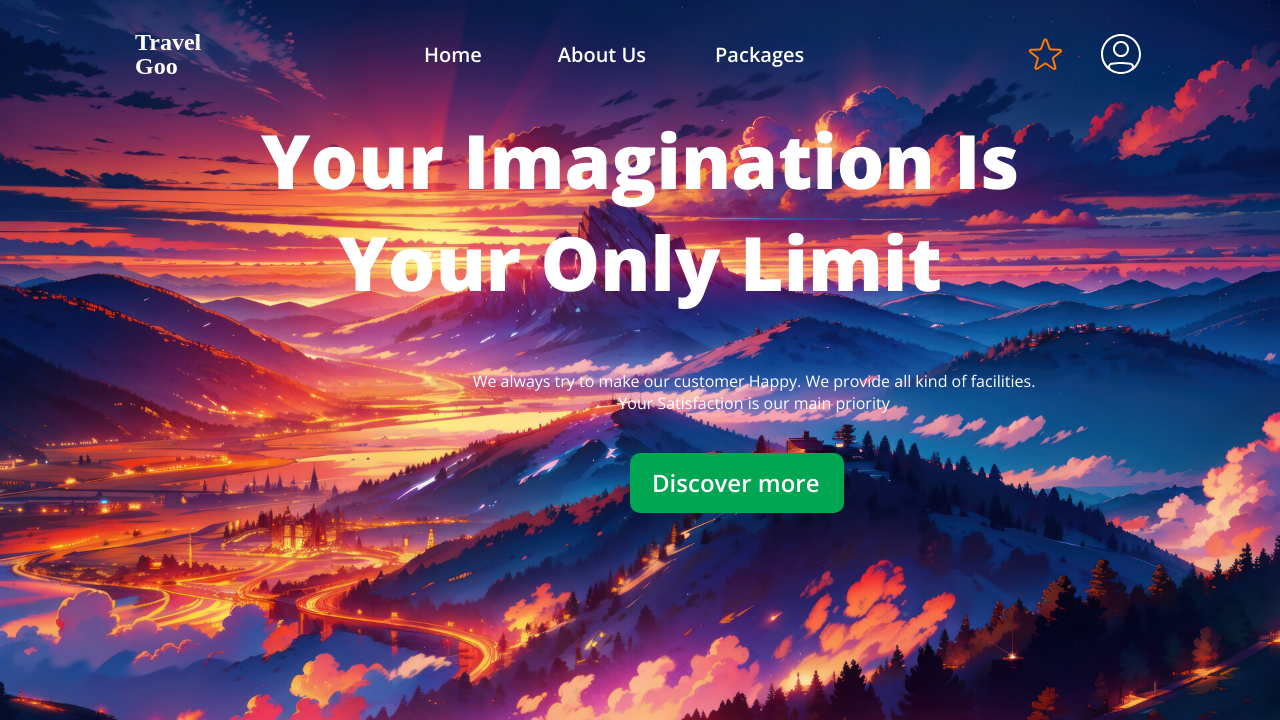
Repository: HeybetzadeQedim/task-3
Page: index.html
The author's editor kept a copy of each file at every save. The page is drawn from the files as they stood at one save, then again after the next save.
The browser window is 1280 px wide. The pictures show the whole page.
Some web fonts or font styles are not loaded; a fallback is used.

Above is the page before, as saved 2023-10-07 13:47:53.

### index.html
<!DOCTYPE html>
<html lang="en">
<head>
    <meta charset="UTF-8">
    <meta name="viewport" content="width=device-width, initial-scale=1.0">
    <title>Document</title>
    <link rel="stylesheet" href="./index.css"
</head>
<body>
    <div class="box-container">
        <nav>
            <p class="text-1">Travel<br> Goo</p>
            <ul>
                <li>Home</li>
                <li>About Us</li>
                <li>Packages</li>
            </ul>
            <div class="image-container">
                <img src="./images/clarity_favorite-line.svg">
                <img src="./images/healthicons_ui-user-profile-outline.svg">
            </div>
        </nav>
    <main>
        <h1>Your Imagination Is Your Only Limit</h1>
        <p class="text-2">We always try to make our customer Happy. We provide all kind of facilities. Your Satisfaction is our main priority</p>
        <p class="text-3">Discover more</p>
    </main>

    </div>


</body>
</html>

### index.css
@import url("https://fonts.googleapis.com/css2?family=Laila:wght@700&family=Open+Sans:wght@400;600;700;800&display=swap");
* {
  margin: 0;
  padding: 0;
  box-sizing: border-box;
}
.box-container {
  background-image: url(./images/sunset-mountain-landscape-scenery-ai-art-hd-wallpaper-uhdpaper.com-744@1@l.jpg);
  min-height: 100vh;
  background-size: 100% 100%;
}
nav {
  padding: 30px 135px;
  display: flex;
  justify-content: space-between;
  align-items: center;
}
.text-1 {
  color: #fff;
  /* margin-top: 32px;
  margin-left: 136px; */
  font-family: Laila;
  font-size: 24px;
  font-style: normal;
  font-weight: 700;
  line-height: 102.5%;
}
ul {
  display: flex;
  align-items: center;
  /* margin-left: 370px; */
  /* margin-top: 36px; */
}
ul li:nth-child(2) {
  margin-left: 76px;
  margin-right: 69px;
}
li {
  color: #fff;
  font-family: Open Sans;
  font-size: 20px;
  font-style: normal;
  font-weight: 600;
  line-height: normal;
  list-style-type: none;
}

.image-container {
  /* margin-left: 411px; */
  display: flex;
  align-items: center;
}
.image-container img:first-child {
  /* margin-top: 54px; */
  margin-right: 34px;
  width: 36px;
  height: 36px;
}
.image-container img:last-child {
  /* margin-top: 48px; */
  width: 48px;
  height: 48px;
}
h1 {
  color: #fff;
  /* margin-left: 360px; */
  margin-top: 160px;
  width: 779px;
  margin: auto;
  text-align: center;
  font-family: Open Sans;
  font-size: 75px;
  font-style: normal;
  font-weight: 800;
  line-height: normal;
}
.text-2 {
  color: #fff;
  margin-top: 57px;
  margin-left: 470px;
  width: 568px;
  text-align: center;
  font-family: Open Sans;
  font-size: 16px;
  font-style: normal;
  font-weight: 400;
  line-height: normal;
}
.text-3 {
  color: #fff;
  margin-left: 630px;
  margin-top: 39px;
  border-radius: 10px;
  background-color: #00a651;
  display: inline-block;
  padding: 13px 24px 14px 22px;
  text-align: center;
  font-family: Open Sans;
  font-size: 24px;
  font-style: normal;
  font-weight: 600;
  line-height: normal;
}

After the next save:
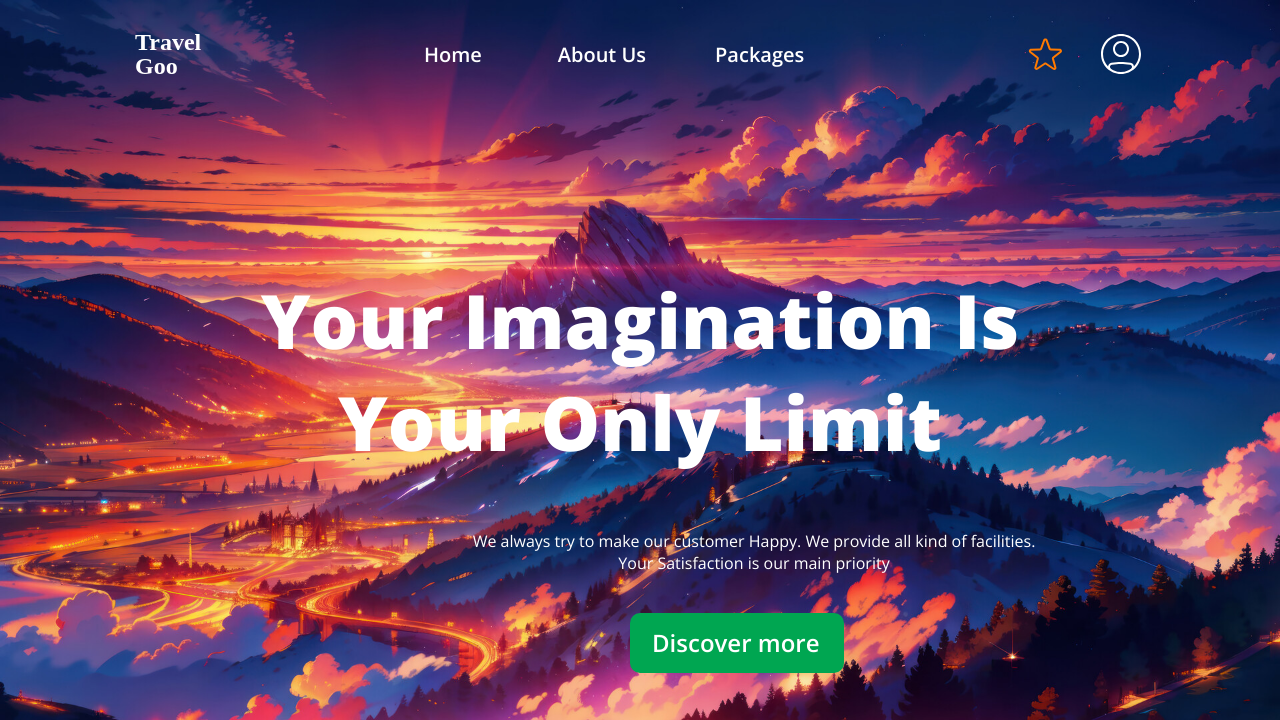
Saved 16 s later.
--- a/index.css
+++ b/index.css
@@ -64,9 +64,10 @@ li {
 h1 {
   color: #fff;
   /* margin-left: 360px; */
-  margin-top: 160px;
   width: 779px;
   margin: auto;
+  margin-top: 160px;
+
   text-align: center;
   font-family: Open Sans;
   font-size: 75px;
